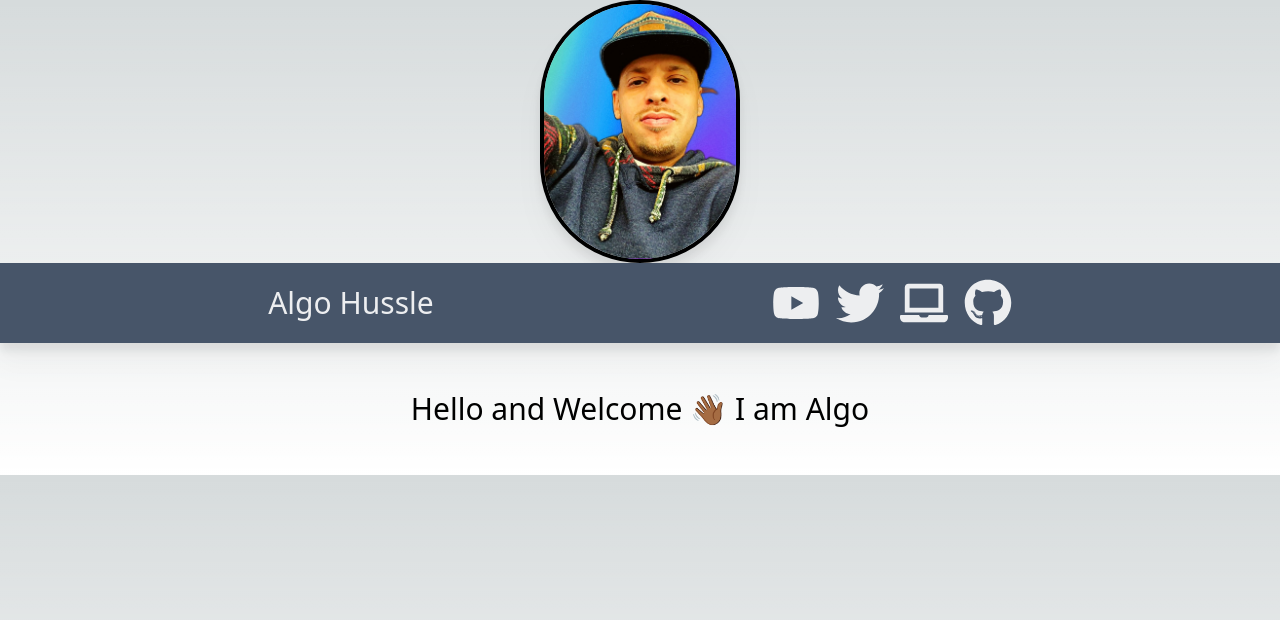
Repository: AlgoHussle/glob-alog
Page: /
The author's editor kept a copy of each file at every save. The page is drawn from the files as they stood at one save, then again after the next save.
The browser window is 1280 px wide. The pictures show the whole page.
The project was rebuilt for these pictures with package versions that can differ from the ones it lists, and the page was loaded fresh each time. The framework's server and built-in components were replaced by stand-ins that run in the browser. Also part of the build but not shown: next.config.js.

Above is the page before, as saved 2023-05-04 13:57:01.

After the next save:
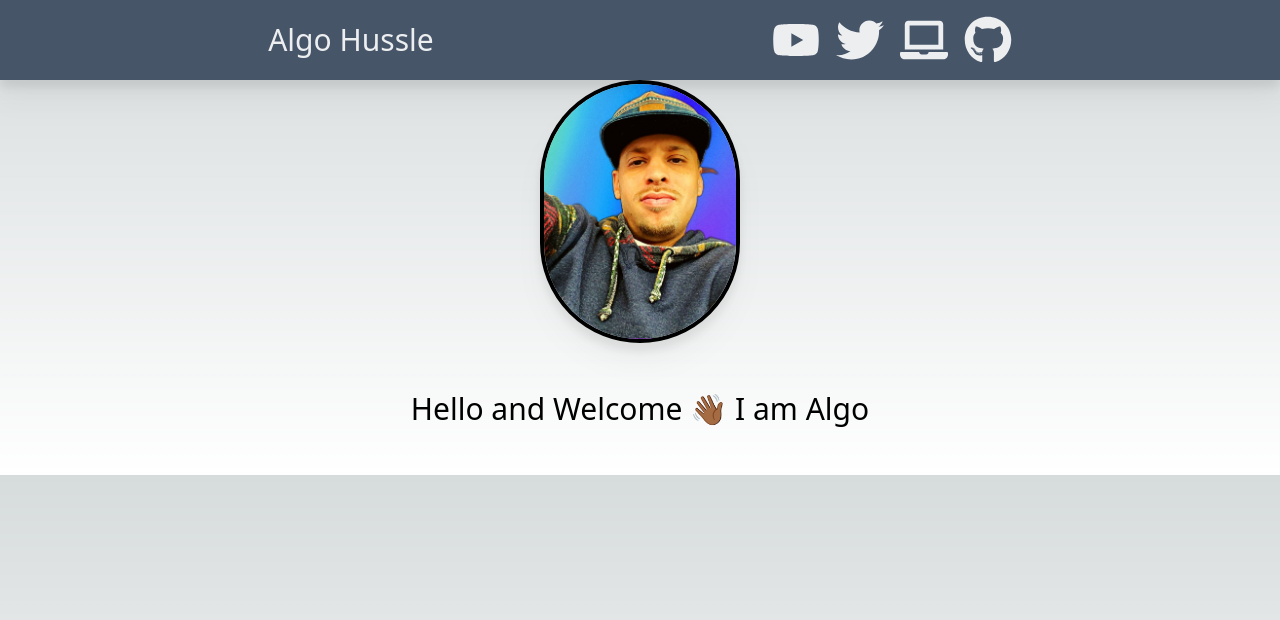
Saved 50 s later.
--- a/app/layout.tsx
+++ b/app/layout.tsx
@@ -16,8 +16,8 @@ export default function RootLayout({
   return (
     <html lang="en">
       <body className="dark:bg-slate-800">
+        <NavBar />
         <MyProfilePic />
-        <NavBar />
         {children}
       </body>
     </html>
